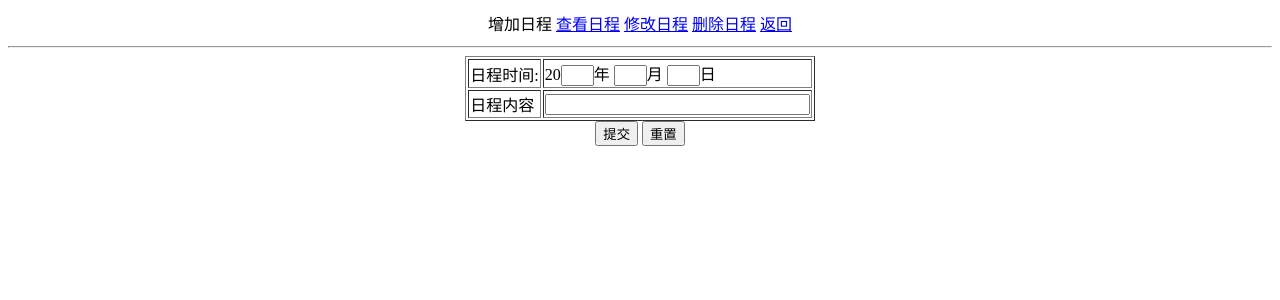
Repository: zy840055899/old-workspace
Page: http://localhost/PIMS/dateManager/addDate.jsp
The author's editor kept a copy of each file at every save. The page is drawn from the files as they stood at one save, then again after the next save.
The browser window is 1280 px wide. The pictures show the whole page.
The page is served by Tomcat 9.

Above is the page before, as saved 2014-03-17 04:12:05.

After the next save:
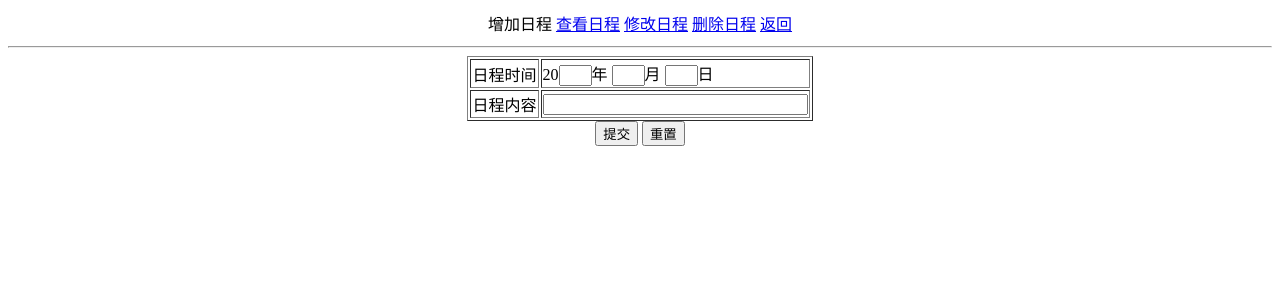
Saved 9 s later.
--- a/PIMS/WebContent/dateManager/addDate.jsp
+++ b/PIMS/WebContent/dateManager/addDate.jsp
@@ -27,7 +27,7 @@
 <table border="1">
 
 <tr>
-<td>日程时间:</td>
+<td>日程时间</td>
 <td>
 20<input type="text" size="1" name="year" value="">年
 <input type="text" size="1" name="month" value="">月
